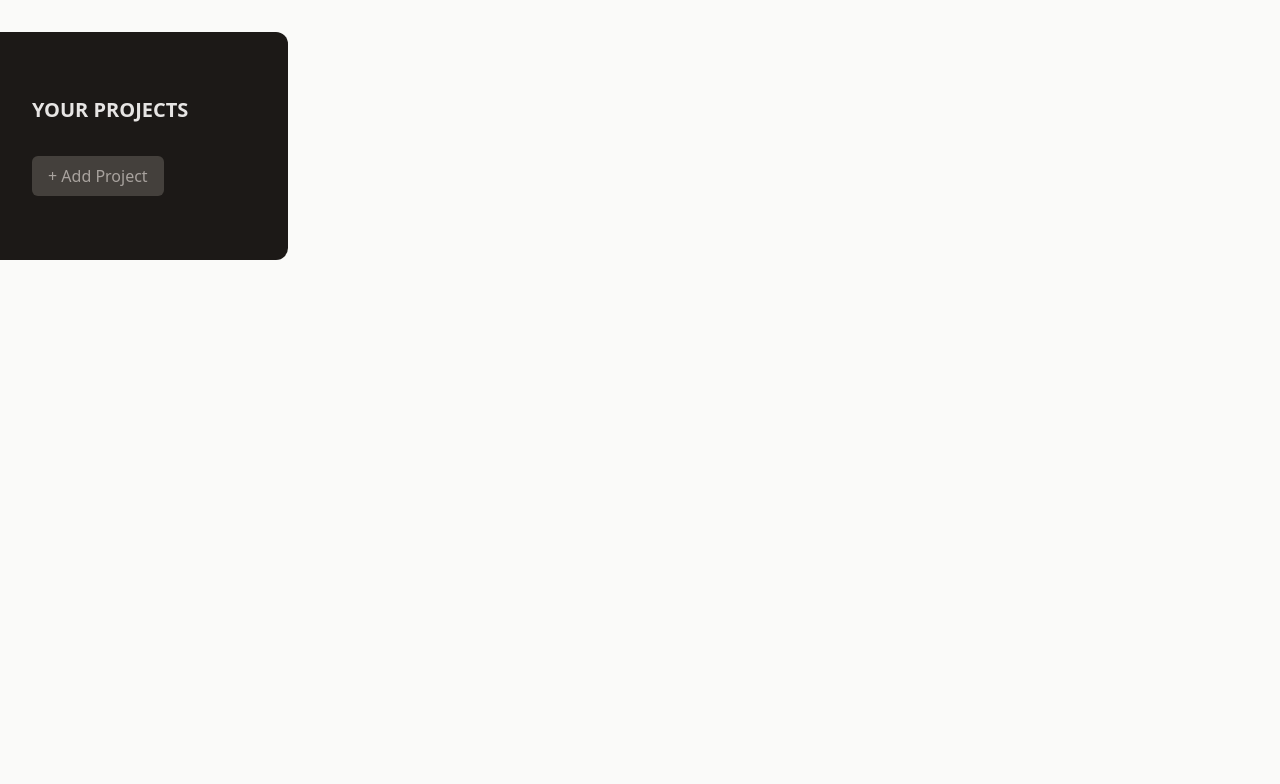
Repository: collyrium921/project-management
Page: /
The author's editor kept a copy of each file at every save. The page is drawn from the files as they stood at one save, then again after the next save.
The browser window is 1280 px wide. The pictures show the whole page.
The project was rebuilt for these pictures with package versions that can differ from the ones it lists, and the page was loaded fresh each time. Also part of the build but not shown: vite.config.js.

Above is the page before, as saved 2024-07-11 01:53:20.

### src/App.jsx
import ProjectsSidebar from "./components/ProjectsSidebar";

function App() {
  return (
    <main className="h-screen my-8">
      <ProjectsSidebar />
    </main>
  );
}

export default App;

### src/components/ProjectsSidebar.jsx
export default function ProjectsSidebar() {
  return (
    <aside className="w-1/3 px-8 py-16 bg-stone-900 text-stone-50 md:w-72 rounded-r-xl">
      <h2 className="mb-8 font-bold uppercase md:text-xl text-stone-200">
        {" "}
        Your Projects
      </h2>
      <div>
        <button className="px-4 py-2 text-xs md:text-base rounded-md bg-stone-700 text-stone-400 hover:bg-stone-600 hover:text-stone-100">
          + Add Project
        </button>
      </div>
    </aside>
  );
}

### src/components/NewProject.jsx
import Input from "./Input";

export default function NewProject() {
  return (
    <div>
      <menu>
        <li>
          <button>Cancel</button>
        </li>
        <li>
          <button>Save</button>
        </li>
      </menu>
      <div>
        <Input label="Title" />
        <Input label="Description" textarea />
        <Input label="Due Date" />
      </div>
    </div>
  );
}

### src/components/Input.jsx
export default function Input({label,textarea, ...props}){
    return <p>
        <label htmlFor="">{label}</label>
        {textarea ? <textArea {...props} />: <input {...props} />}
    </p>
}

Loaded but not shown: index.html (common file); src/main.jsx (common file); src/index.css (common file); tailwind.config.js (common file)

After the next save:
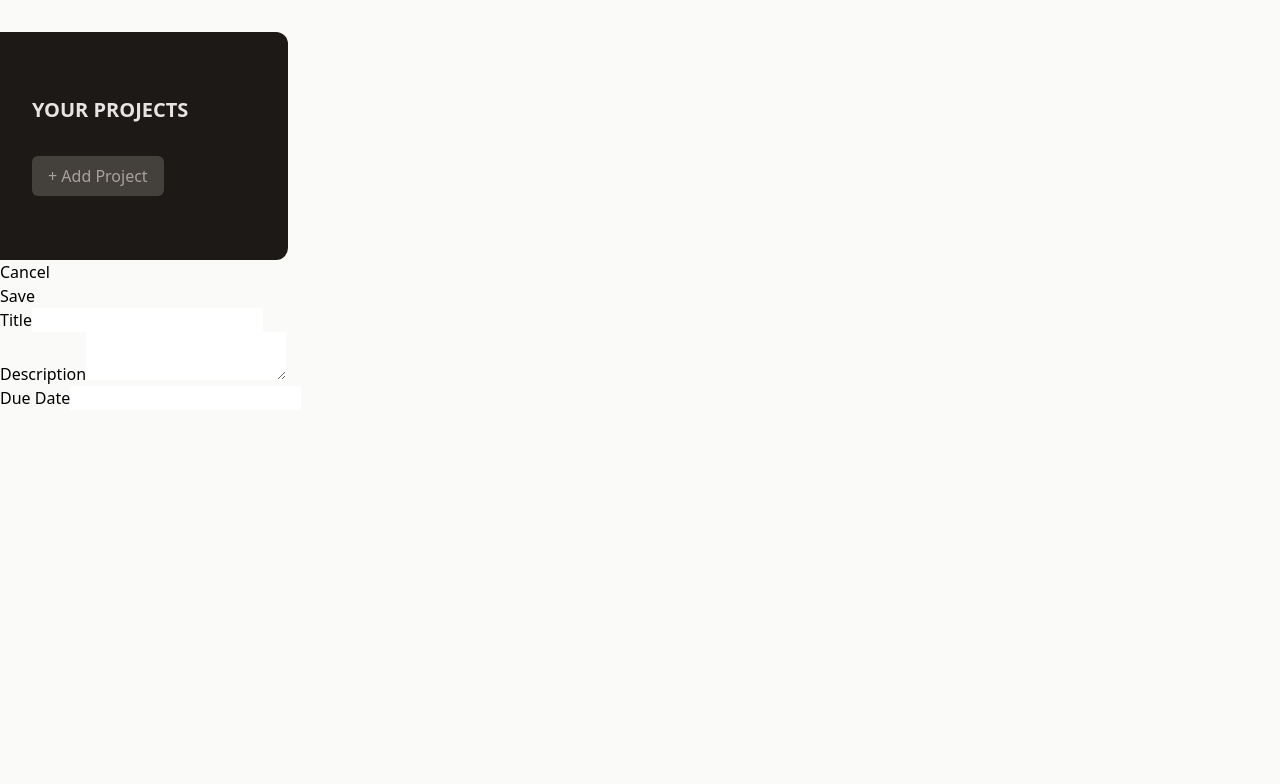
Saved 20 s later.
--- a/src/App.jsx
+++ b/src/App.jsx
@@ -1,9 +1,11 @@
+import NewProject from "./components/NewProject";
 import ProjectsSidebar from "./components/ProjectsSidebar";
 
 function App() {
   return (
     <main className="h-screen my-8">
       <ProjectsSidebar />
+      <NewProject />
     </main>
   );
 }
